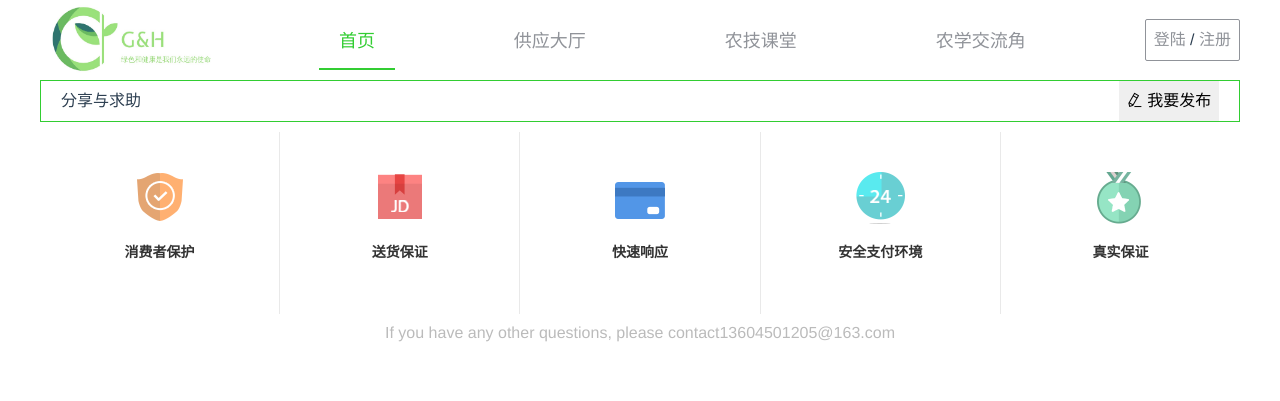
Repository: Miraitowa007/neau
Page: /communication
These files come from the project's save history. The page is drawn as it stood at one moment and after the next save; the edit follows.
The browser window is 1280 px wide. The pictures show the whole page.
The project was rebuilt for these pictures with package versions that can differ from the ones it lists, and the page was loaded fresh each time. Also part of the build but not shown: vue.config.js, src/views/home/index.vue, src/views/login/index.vue, src/views/sale/index.vue, src/views/class/index.vue.

Above is the page before, as saved 2021-04-30 11:11:38.

After the next save:
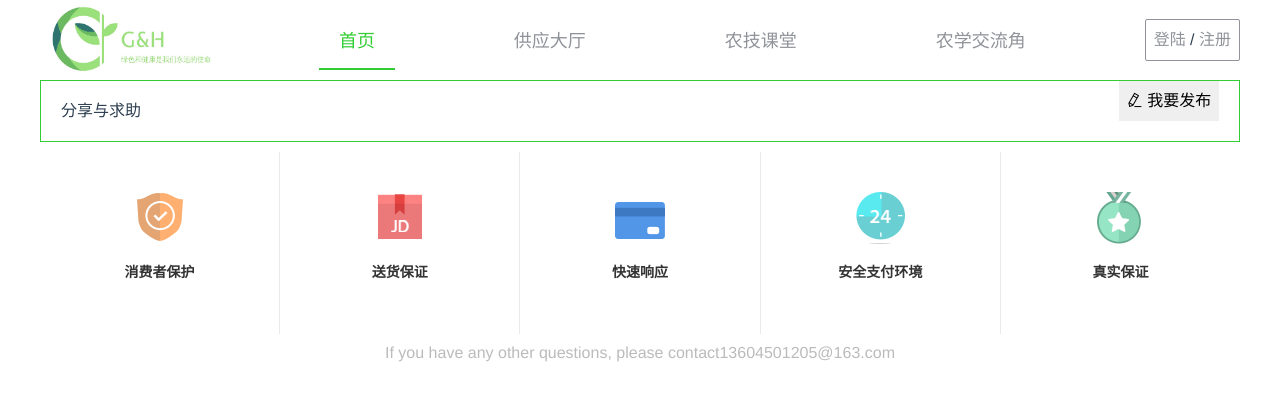
Saved 16 s later.
--- a/src/views/communication/index.vue
+++ b/src/views/communication/index.vue
@@ -21,8 +21,8 @@
     width: 1200px;
     margin: 0 auto;
     .header{
-        height: 40px;
-        line-height: 40px;
+        height: 60px;
+        line-height: 60px;
         margin: 0 auto;
         display: flex;
         border: 1px solid #32CD32;
